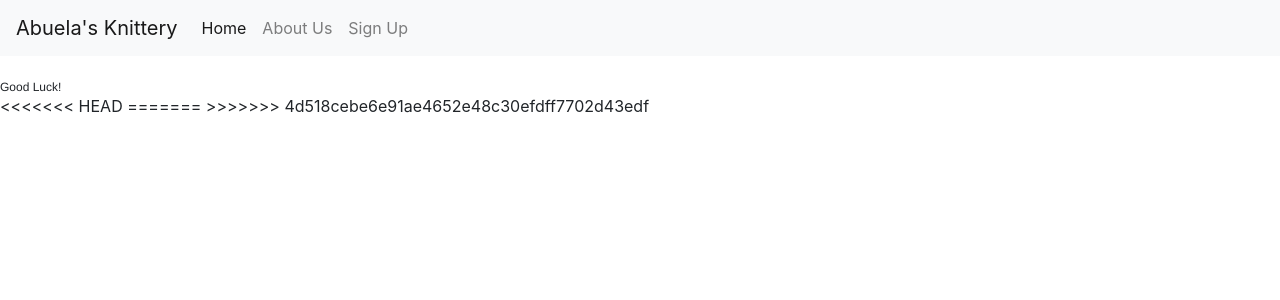
Repository: samuraijane/dc-flex
Page: week5/1-tuesday/class/exercise1/groupA/home.html
The author's editor kept a copy of each file at every save. The page is drawn from the files as they stood at one save, then again after the next save.
The browser window is 1280 px wide. The pictures show the whole page.

Above is the page before, as saved 2020-08-04 20:50:41.

After the next save:
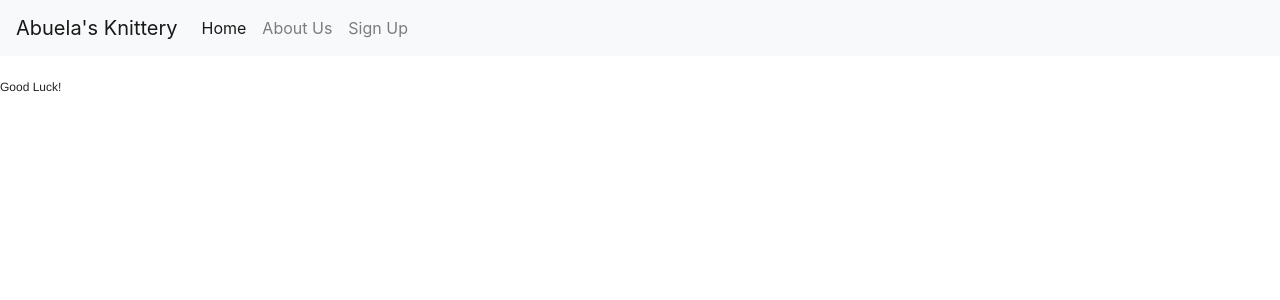
Saved 6 s later.
--- a/week5/1-tuesday/class/exercise1/groupA/home.html
+++ b/week5/1-tuesday/class/exercise1/groupA/home.html
@@ -42,8 +42,4 @@
 <script src="https://cdn.jsdelivr.net/npm/popper.js@1.16.1/dist/umd/popper.min.js" integrity="sha384-9/reFTGAW83EW2RDu2S0VKaIzap3H66lZH81PoYlFhbGU+6BZp6G7niu735Sk7lN" crossorigin="anonymous"></script>
 <script src="https://stackpath.bootstrapcdn.com/bootstrap/4.5.1/js/bootstrap.min.js" integrity="sha384-XEerZL0cuoUbHE4nZReLT7nx9gQrQreJekYhJD9WNWhH8nEW+0c5qq7aIo2Wl30J" crossorigin="anonymous"></script>
 </body>
-<<<<<<< HEAD
 </html>
-=======
-</html>
->>>>>>> 4d518cebe6e91ae4652e48c30efdff7702d43edf
